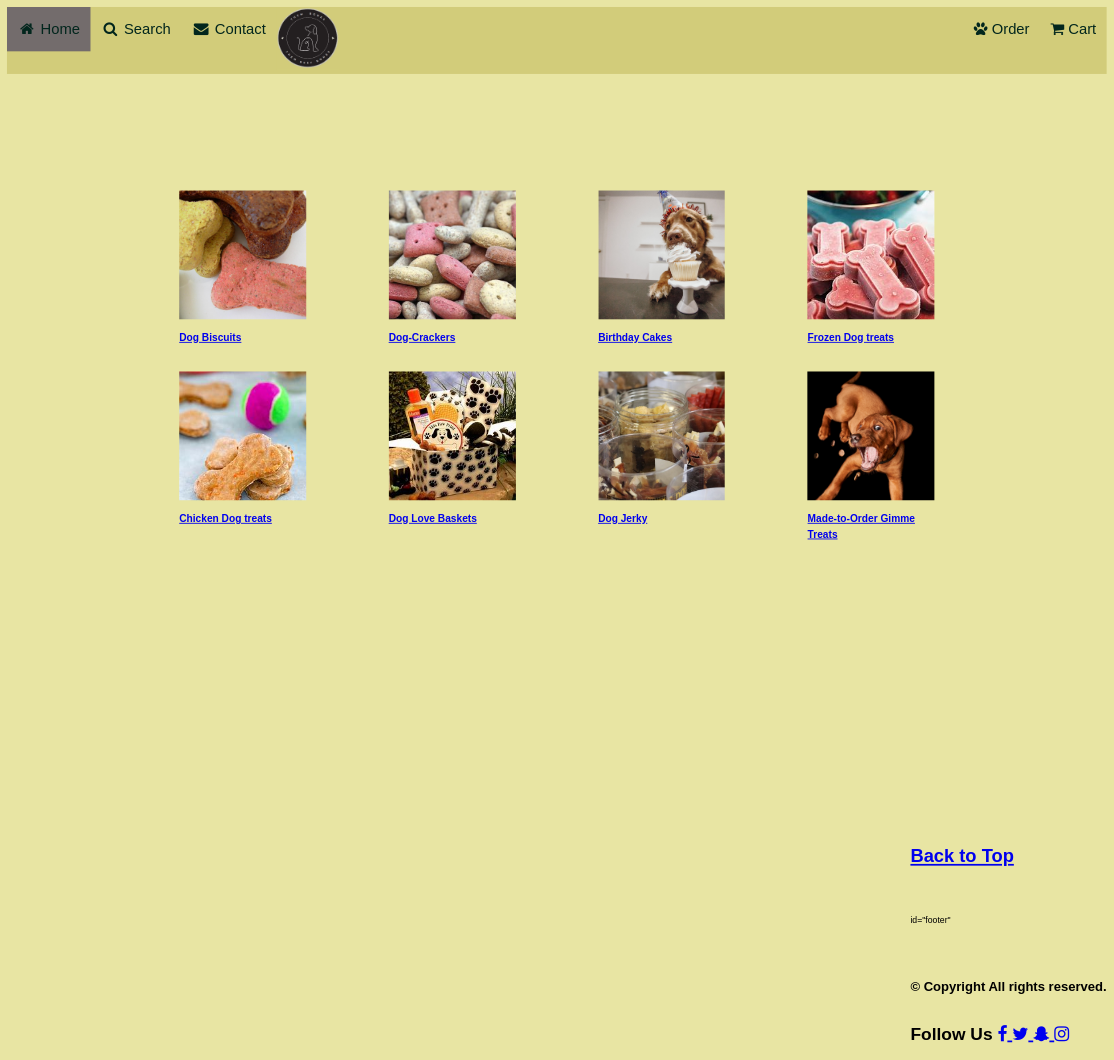
Repository: vgoins-RA2022/HTML-1
Page: index.html
These files come from the project's save history. The page is drawn as it stood at one moment and after the next save; the edit follows.
The browser window is 1280 px wide. The pictures show the whole page, at 87% of full size.

Above is the page before, as saved 2023-01-21 18:46:51.

After the next save:
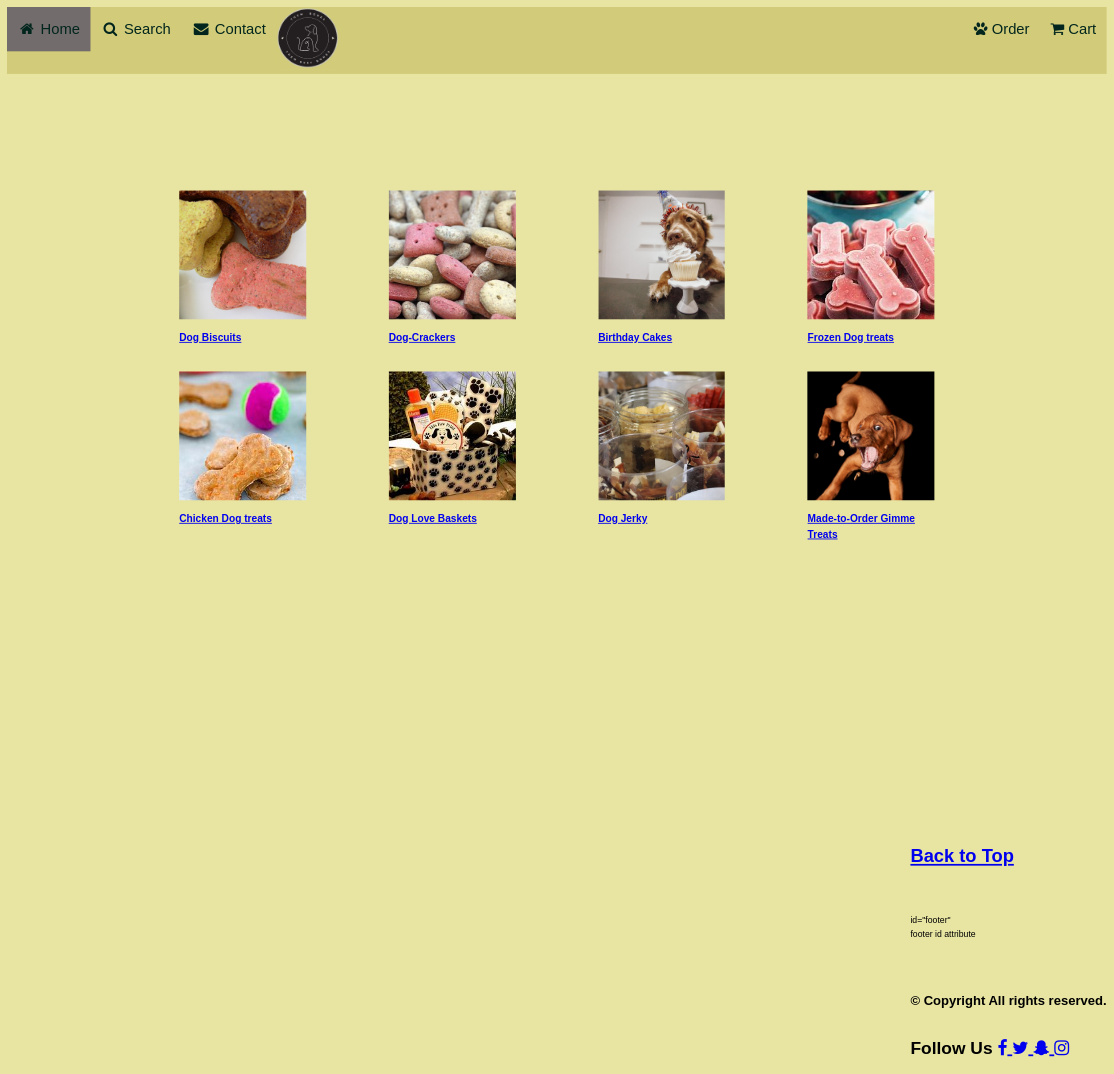
Saved 3 min 45 s later.
--- a/index.html
+++ b/index.html
@@ -86,7 +86,7 @@
 </body>
 
 <footer>
-  <div> id="footer"</div>  <!-- footer id attribute -->
+  <div> id="footer"</div>  footer id attribute
 
   <!-- setup navigator bar in the footer of copywright and social media icons -->
   <div class="right"></div>
